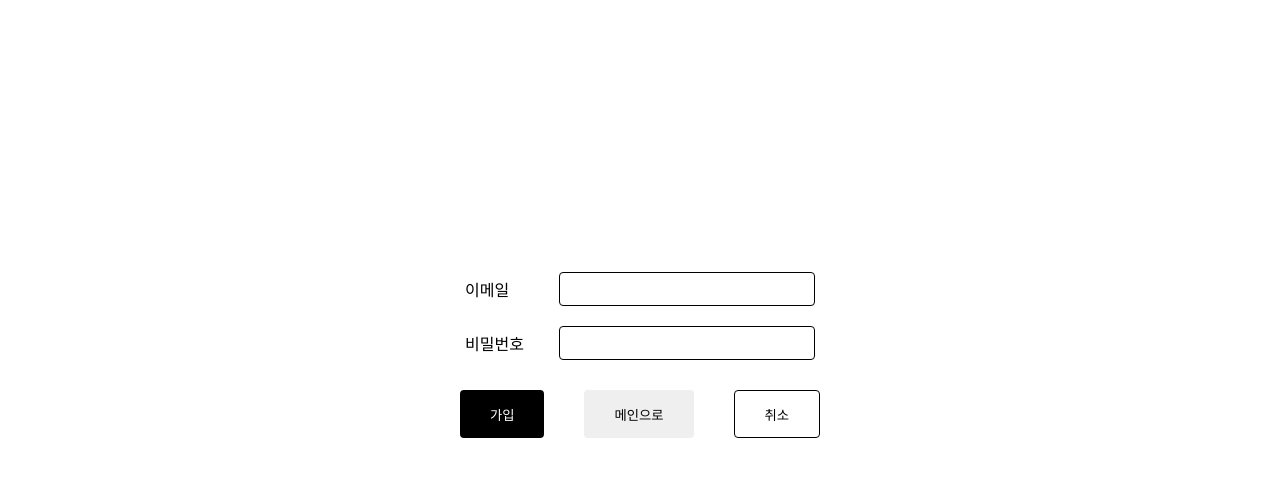
Repository: momo0170/react-shopping
Page: /register
The author's editor kept a copy of each file at every save. The page is drawn from the files as they stood at one save, then again after the next save.
The browser window is 1280 px wide. The pictures show the whole page.
The page's requests for data from a server got no answer. Some web fonts or font styles are not loaded; a fallback is used. The project was rebuilt for these pictures with package versions that can differ from the ones it lists, and the page was loaded fresh each time. No one was signed in, and anything a server would have sent is missing. Also part of the build but not shown: src/App.css, src/css/Header.module.css, src/components/Header.jsx, src/App.js, src/router/Products.jsx, src/css/Login.module.css, src/router/Login.jsx.

Above is the page before, as saved 2023-02-24 19:00:52.

After the next save:
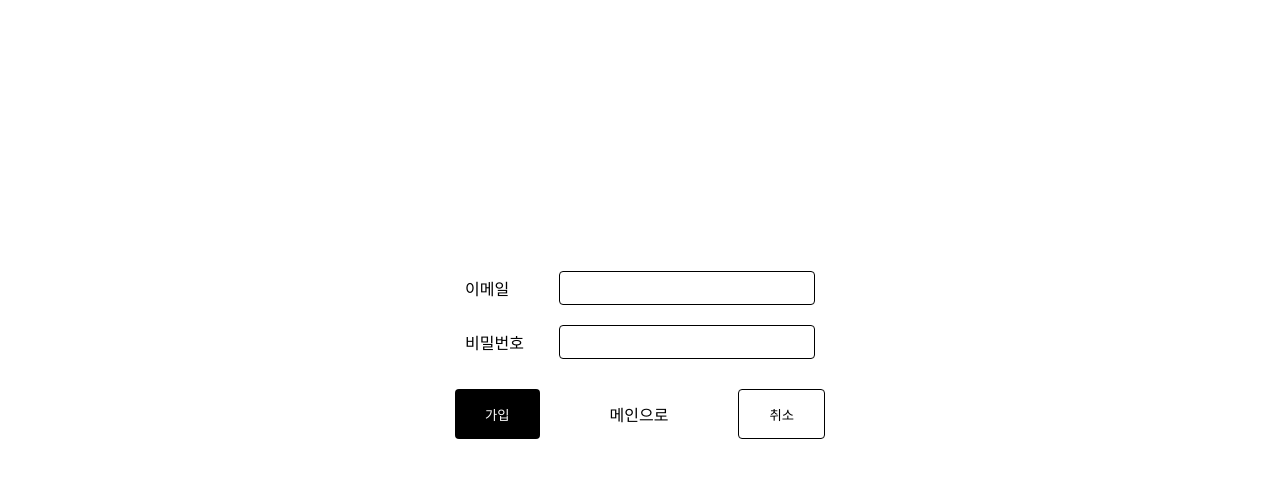
Saved 10 s later.
--- a/src/router/Register.jsx
+++ b/src/router/Register.jsx
@@ -42,9 +42,9 @@ export default function Register() {
         <button onClick={registerAccount} className={styles.registerBtn}>
           가입
         </button>
-        <button className={styles.homeBtn} onClick={goToHome}>
+        <span className={styles.homeBtn} onClick={goToHome}>
           메인으로
-        </button>
+        </span>
         <button className={styles.cancelBtn}>취소</button>
       </div>
     </main>
